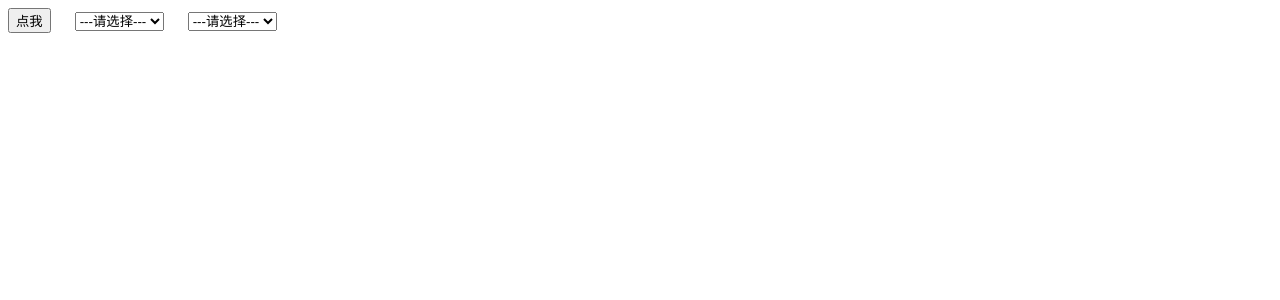
Repository: DataBoxWx/mvc_servlet_3
Page: http://localhost/2_jsp1/ajax/province.jsp
The author's editor kept a copy of each file at every save. The page is drawn from the files as they stood at one save, then again after the next save.
The browser window is 1280 px wide. The pictures show the whole page.
After loading, the first visible `#btn` was clicked once.
The page is served by Tomcat 9. Other server files are loaded and not shown.

Above is the page before, as saved 2018-05-05 09:40:26.

### 2_jsp1/WebContent/ajax/province.jsp
<%@ page language="java" contentType="text/html; charset=UTF-8"
    pageEncoding="UTF-8"%>
<%
	String basePath = request.getScheme() + "://" + request.getServerName() + ":" + 	request.getServerPort() + request.getContextPath() + "/";
%>
<!DOCTYPE html PUBLIC "-//W3C//DTD HTML 4.01 Transitional//EN" "http://www.w3.org/TR/html4/loose.dtd">
<html>
<head>
<base href="<%=basePath%>">
<meta http-equiv="Content-Type" content="text/html; charset=UTF-8">
<script type="text/javascript" src="js/jquery-1.8.3.min.js"></script>
<title>Insert title here</title>
<script type="text/javascript">
	$(function(){
		$("#btn").click(function(){

				$.post(
					"province/servlet1.do",
					function(data){
						$(data.plist).each(function(){
							$("#pid").append("<option value="+this.id+">"+this.name+"</option>");
						})
					},
					"json"
				);
		});
		$("#pid").change(function(){
			$.post(
					"city/servlet1.do",
					{"pid":$("#pid").val()},
					function(data){
						$(data.plist).each(function(){
							$("#pid").append("<option value="+this.id+">"+this.name+"</option>");
						})
					},
					"json"
				);
		});

	});
</script>
</head>
<body>
	<button id="btn">点我</button>
	&nbsp;&nbsp;&nbsp;&nbsp;
	<select id="pid">
		<option>---请选择---</option>
	</select id="cid">
	&nbsp;&nbsp;&nbsp;&nbsp;
	<select>
		<option>---请选择---</option>
	</select>
</body>
</html>

### 2_jsp1/src/com/bjpowernode/servlet/ProvinceServlet.java
package com.bjpowernode.servlet;

import java.io.IOException;
import java.io.PrintWriter;
import java.sql.Connection;
import java.sql.PreparedStatement;
import java.sql.ResultSet;
import java.sql.SQLException;
import java.util.ArrayList;
import java.util.List;

import javax.servlet.ServletException;
import javax.servlet.http.HttpServlet;
import javax.servlet.http.HttpServletRequest;
import javax.servlet.http.HttpServletResponse;

import com.bjpowernode.common.Jutil;
import com.bjpowernode.domain.Province;
import com.bjpowernode.domain.Student;

public class ProvinceServlet extends HttpServlet{
	@Override
	protected void doGet(HttpServletRequest request, HttpServletResponse response) throws ServletException, IOException {
		System.out.println("进入servlet4");
		response.setContentType("text/html;charset=utf-8");
		PrintWriter out = response.getWriter();
		Connection conn = null;
		PreparedStatement ps = null;
		ResultSet res = null;
		String sql = "select id,name from tbl_province";
		List<Province> plist = new ArrayList<>();
		try {
			conn = Jutil.getConnection();
			ps = conn.prepareStatement(sql);
			res = ps.executeQuery();
			while(res.next()){
				Province pro = new Province();
				pro.setId(res.getInt(1));
				pro.setName(res.getString(2));
				plist.add(pro);
			}
		} catch (ClassNotFoundException e) {
			// TODO Auto-generated catch block
			e.printStackTrace();
		} catch (SQLException e) {
			// TODO Auto-generated catch block
			e.printStackTrace();
		}
		StringBuffer buffer = new StringBuffer();
		//{"plist":[{"id":"?"},]}
		buffer.append("{\"plist\":[");
		for(int i = 0;i < plist.size(); i++){
			Province pro = plist.get(i);
	//		buffer.append("{"plist":[{"id":""+plist.getId()+"","name":""+plist.getName()+""}]}");
			buffer.append("{\"id\":\"");
			buffer.append(pro.getId());
			buffer.append("\",\"name\":\"");
			buffer.append(pro.getName());
			buffer.append("\"}");
			if(i<plist.size()-1){
				buffer.append(",");
			}
		}
		buffer.append("]}");
		System.out.println(buffer);
		out.print(buffer.toString());

	}
	@Override
	protected void doPost(HttpServletRequest request, HttpServletResponse response) throws ServletException, IOException {
		doGet(request, response);
	}
}

Loaded but not shown: 2_jsp1/WebContent/js/jquery-1.8.3.min.js (library)

After the next save:
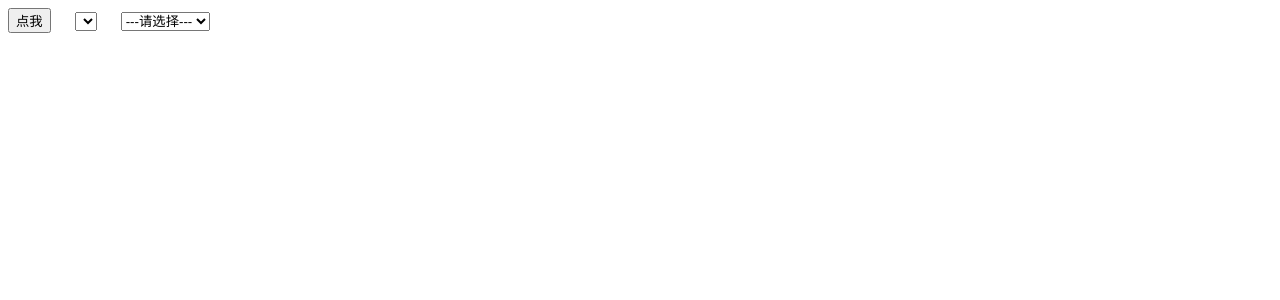
Saved 71 s later.
--- a/2_jsp1/WebContent/ajax/province.jsp
+++ b/2_jsp1/WebContent/ajax/province.jsp
@@ -13,7 +13,7 @@
 <script type="text/javascript">
 	$(function(){
 		$("#btn").click(function(){
-
+			$("#pid").html("---请选择---");
 				$.post(
 					"province/servlet1.do",
 					function(data){

After the 3 saves that followed:
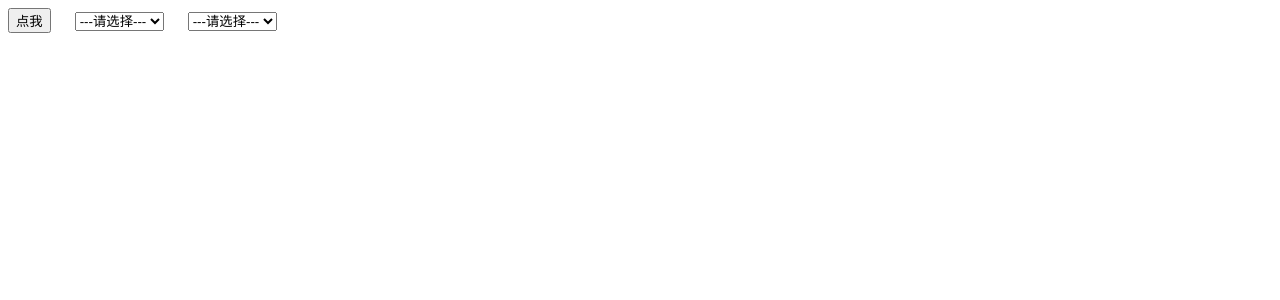
The 3 saves are shown as one change because 2 left the picture as it was.
The last was saved 6 min 35 s later.
--- a/2_jsp1/WebContent/ajax/province.jsp
+++ b/2_jsp1/WebContent/ajax/province.jsp
@@ -13,7 +13,7 @@
 <script type="text/javascript">
 	$(function(){
 		$("#btn").click(function(){
-			$("#pid").html("---请选择---");
+			$("#pid").html("<option>---请选择---</option>");
 				$.post(
 					"province/servlet1.do",
 					function(data){
@@ -25,12 +25,14 @@
 				);
 		});
 		$("#pid").change(function(){
+			$("#cid").html("<option>---请选择---</option>");
+			var pid = $("#pid").val();
 			$.post(
 					"city/servlet1.do",
-					{"pid":$("#pid").val()},
+					{"pid":pid},
 					function(data){
 						$(data.plist).each(function(){
-							$("#pid").append("<option value="+this.id+">"+this.name+"</option>");
+							$("#cid").append("<option value="+this.id+">"+this.name+"</option>");
 						})
 					},
 					"json"
